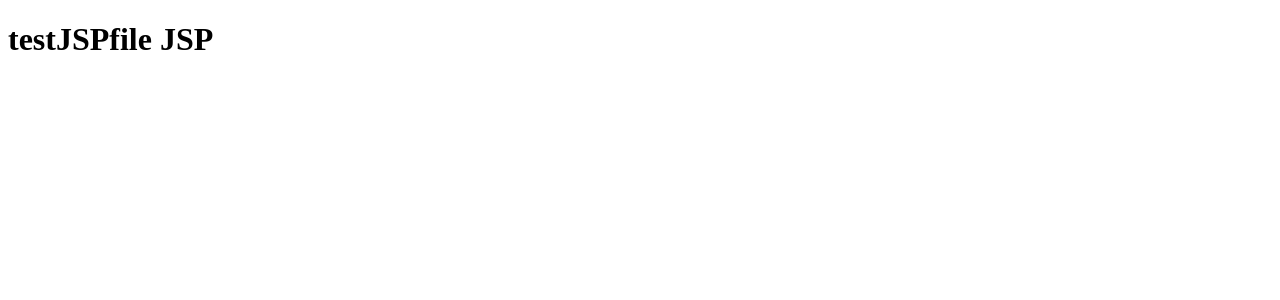
Repository: papepopopy/javascript
Page: http://localhost/webjsp/HelloJSP.jsp
These files come from the project's save history. The page is drawn as it stood at one moment and after the next save; the edit follows.
The browser window is 1280 px wide. The pictures show the whole page.
The page is served by Tomcat 9. Nobody is signed in. The application's start-up code is not run.

Above is the page before, as saved 2024-06-25 06:52:39.

After the next save:
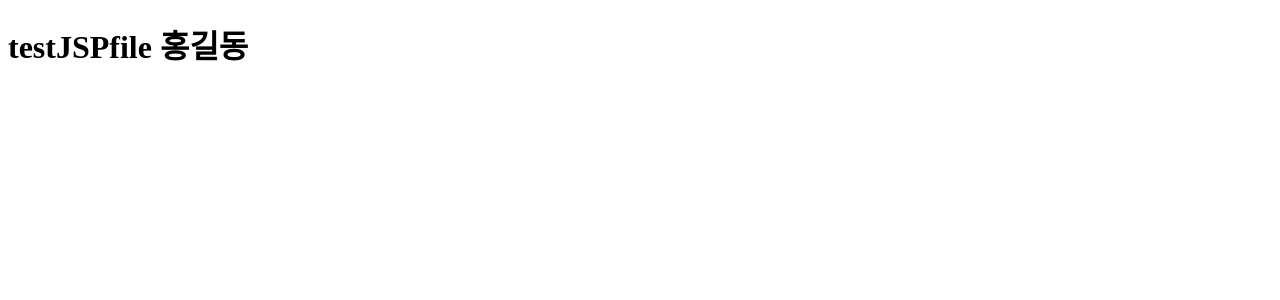
Saved 3 s later.
--- a/jspStudy/jspStudy/webjsp/src/main/webapp/HelloJSP.jsp
+++ b/jspStudy/jspStudy/webjsp/src/main/webapp/HelloJSP.jsp
@@ -11,6 +11,6 @@
 <title>Hello JSP</title>
 </head>
 <body>
-	<h1>test<%= str1 %>file <%= str1 %></h1>
+	<h1>test<%= str1 %>file <%= name %></h1>
 </body>
 </html>
